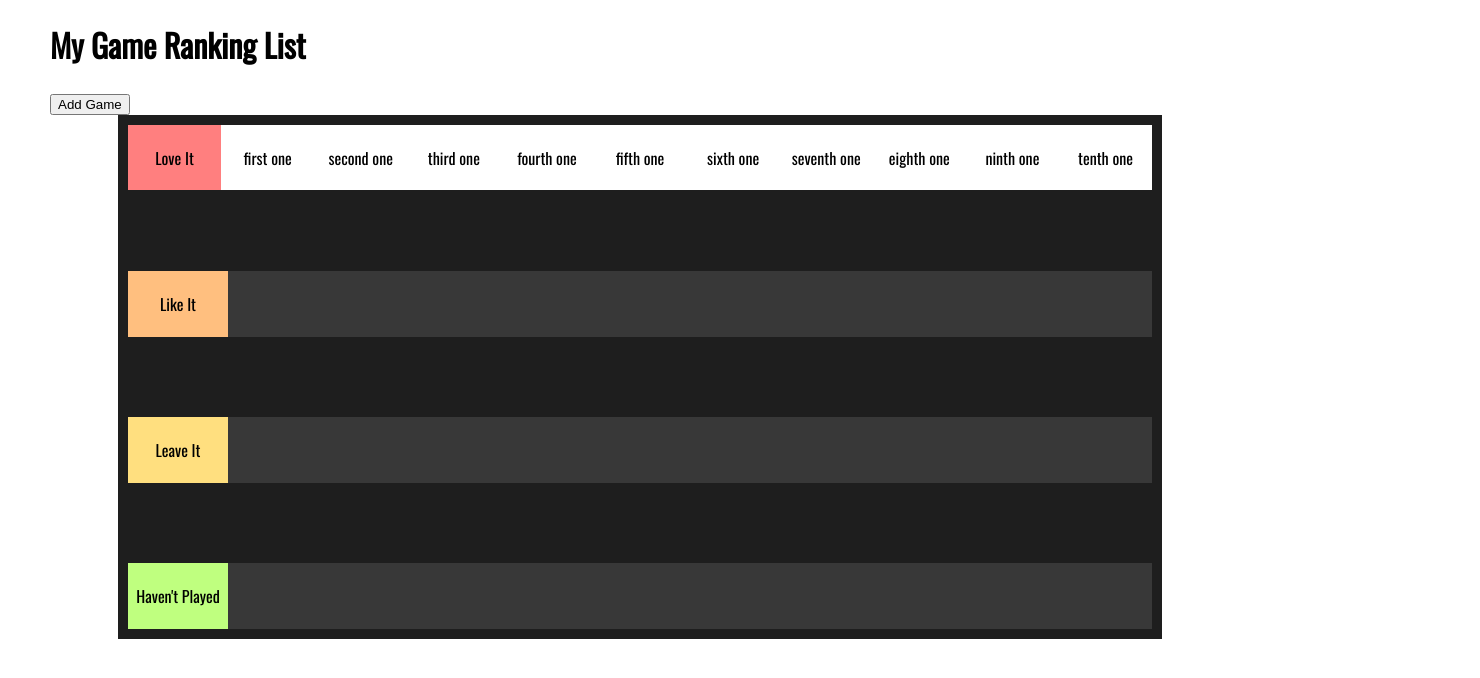
Repository: akiachenise/akiachenise.github.io
Page: JackboxGames_TierList_vanilla/index.html
The author's editor kept a copy of each file at every save. The page is drawn from the files as they stood at one save, then again after the next save.
The browser window is 1280 px wide. The page is 1330 px wide, then 1480 px, so the pictures cover 1480 px, including what lies to the right of the window. The pictures show the whole page.

Above is the page before, as saved 2022-11-26 16:31:12.

### JackboxGames_TierList_vanilla/index.html
<!DOCTYPE html>
<!--[if lt IE 7]>      <html class="no-js lt-ie9 lt-ie8 lt-ie7"> <![endif]-->
<!--[if IE 7]>         <html class="no-js lt-ie9 lt-ie8"> <![endif]-->
<!--[if IE 8]>         <html class="no-js lt-ie9"> <![endif]-->
<!--[if gt IE 8]>      <html class="no-js"> <!--<![endif]-->
<html lang="en-US">
  <head>
    <meta charset="utf-8" />
    <meta http-equiv="X-UA-Compatible" content="IE=edge" />
    <title>My Game Ranking List</title>
    <meta name="description" content="My Game Ranking" />
    <meta name="viewport" content="width=device-width, initial-scale=1" />
    <link rel="stylesheet" type="text/css" href="css/stylesheet.css" />
    <link rel="stylesheet" href="https://fonts.googleapis.com/css?family=Oswald">
  </head>
  <body>
    <!--[if lt IE 7]>
      <p class="browsehappy">
        You are using an <strong>outdated</strong> browser. Please
        <a href="#">upgrade your browser</a> to improve your experience.
      </p>
    <![endif]-->
    <span class="headerContainer">
        <h1>My Game Ranking List</h1>
        <button id="addCard">Add Game</button>
    </span>
    <div id="board">
        <div class = "row">
            <div class = "label">Love It</div>
            <div class="card" id="first" draggable="true">first one</div>
            <div class="card" id="second" draggable="true">second one</div>
            <div class="card" id="third" draggable="true">third one</div>
            <div class="card" id="fourth" draggable="true">fourth one</div>
            <div class="card" id="fifth" draggable="true">fifth one</div>
            <div class="card" id="sixth" draggable="true">sixth one</div>
            <div class="card" id="seventh" draggable="true">seventh one</div>
            <div class="card" id="eighth" draggable="true">eighth one</div>
            <div class="card" id="ninth" draggable="true">ninth one</div>
            <div class="card" id="ninth" draggable="true">tenth one</div>

        </div>
        <div class = "row">
            <div class = "label">Like It</div>
        </div>
        <div class = "row">
            <div class = "label">Leave It</div>
        </div>
        <div class = "row">
            <div class = "label">Haven't Played</div>
        </div>

    </div>


    <script src="js/cards.js" async defer></script>
    <script src="js/rows.js" async defer></script>
  </body>
</html>

### JackboxGames_TierList_vanilla/css/stylesheet.css
body {
    font-family: 'Oswald';
    margin: 0;
    display: flex;
    flex-direction: column;
    align-items: center;
    justify-content: center;
}

.headerContainer {
    display: block;
    width: 100vw;
    align-items: center;
    padding-left: 100px;

}

#board {
    display: flex;
    flex-direction: column;
    align-items: center;
    justify-content: space-between;
    padding: 10px;
    width: 80vw;
    height: 70vh;
    background-color: rgb(30, 30, 30);
}

.row {
    display: flex;
    width: 100%;
    height: 13%;
    background-color: rgb(56, 56, 56);
}

.label {
    display: flex;
    justify-content: center;
    align-items: center;
    height: 100%;
    width: 100px;
    background-color: orange;
}

.card {
    height: 100%;
    width: 100px;
    display: flex;
    justify-content: center;
    align-items: center;
    background-color: white;
}

### JackboxGames_TierList_vanilla/js/cards.js
const cards = document.querySelectorAll('.card');

const onDragStart = (event) => {
    console.log('dragging the element');
    event.dataTransfer.setData('id', event.target.id);
    setTimeout(() => {
        event.target.style.visibility = 'hidden';
    }, 50)
}

const onDragEnd = (event) => {
    event.target.style.visibility = 'visible';
    console.log('ended the drag');
}

cards.forEach((card) => {
    card.ondragstart = onDragStart;
    card.ondragend = onDragEnd;


})

### JackboxGames_TierList_vanilla/js/rows.js
const rows = document.querySelectorAll('.row');
const colorRanks = ['rgb(255, 127, 127)', 'rgb(255, 191, 127)', 'rgb(255, 223, 127)' , 'rgb(191, 255, 127)'];

const onDragOver = (event) => {
    event.preventDefault();
}

const onDrop = (event) => {
   event.preventDefault();
   const draggedCardId = event.dataTransfer.getData('id');
   const draggedCard = document.getElementById(draggedCardId);
   event.target.appendChild(draggedCard);
   console.log('dropped the element');
}

rows.forEach((row, index) => {
    const label = row.querySelector('.label');
    label.style.backgroundColor = colorRanks[index];
    row.ondragover = onDragOver;
    row.ondrop = onDrop;
})

After the next save:
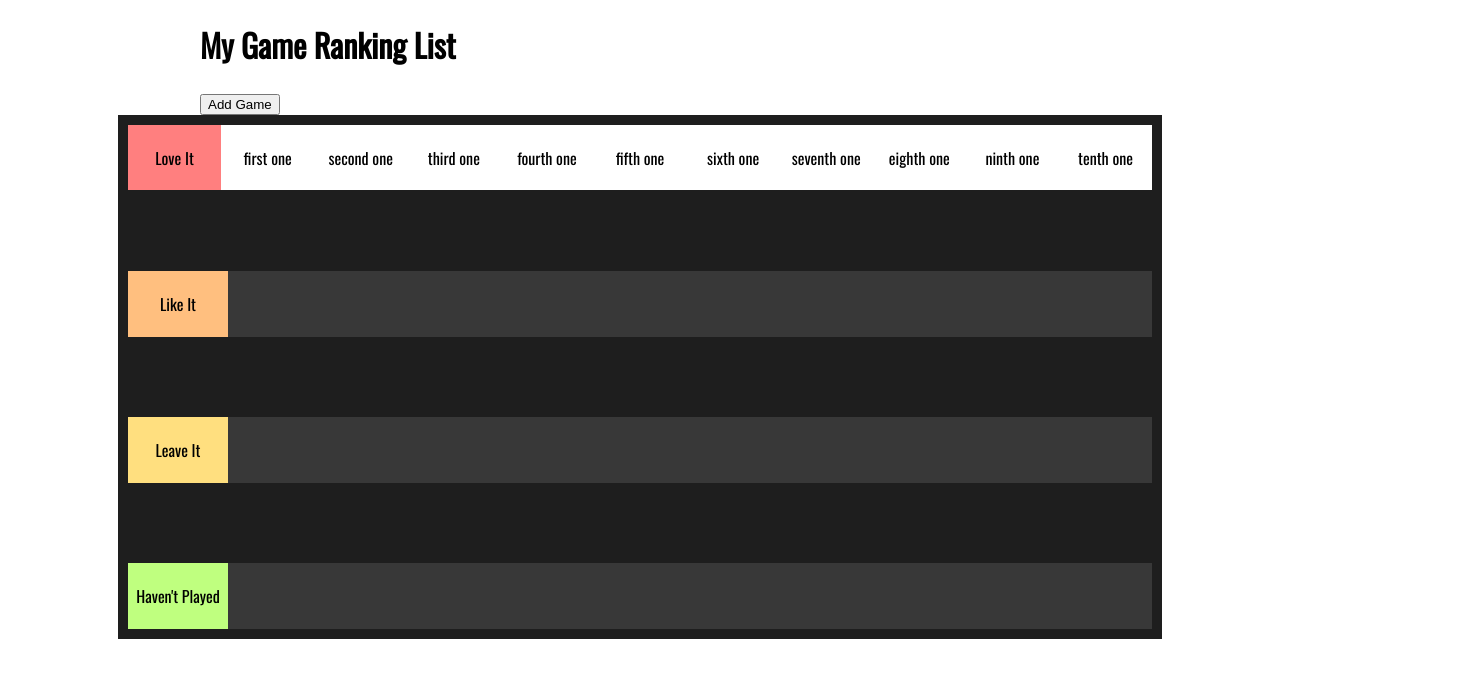
Saved 17 s later.
--- a/JackboxGames_TierList_vanilla/css/stylesheet.css
+++ b/JackboxGames_TierList_vanilla/css/stylesheet.css
@@ -11,7 +11,7 @@ body {
     display: block;
     width: 100vw;
     align-items: center;
-    padding-left: 100px;
+    padding-left: 400px;
 
 }
 
